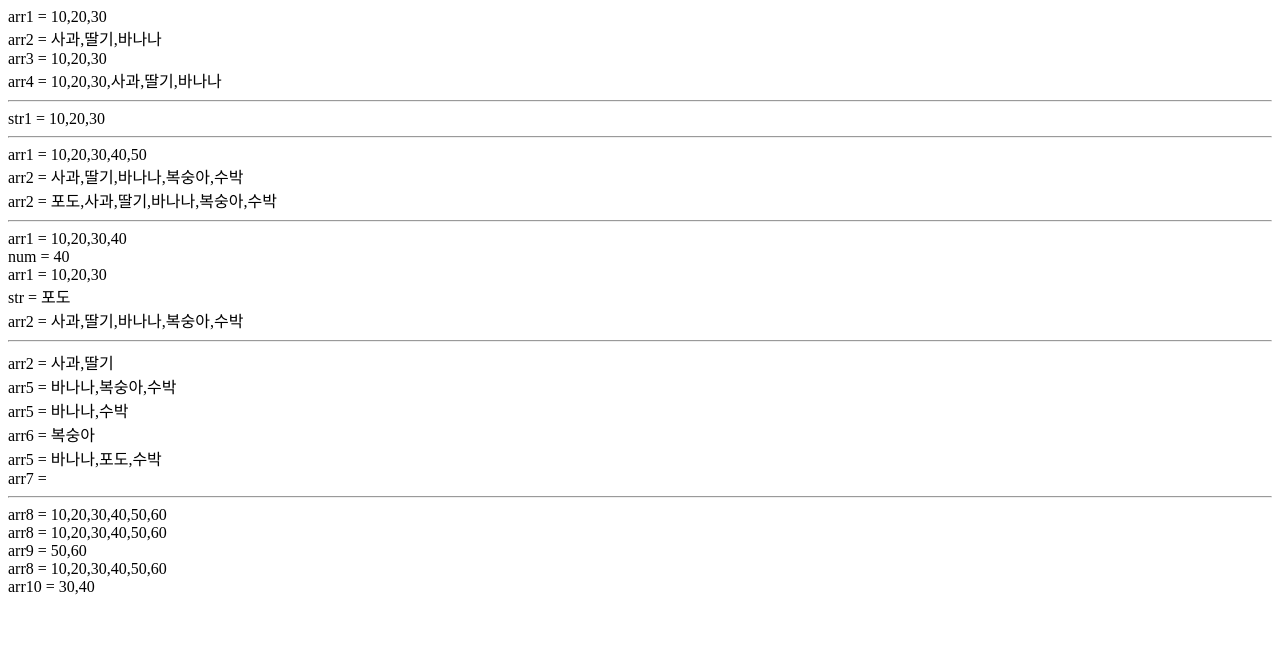
Repository: codelily98/Web
Page: JavaScript/src/main/webapp/js/exam21-1.html
These files come from the project's save history. The page is drawn as it stood at one moment and after the next save; the edit follows.
The browser window is 1280 px wide. The pictures show the whole page.

Above is the page before, as saved 2024-08-21 03:49:33.

### JavaScript/src/main/webapp/js/exam21-1.html
<!DOCTYPE html>
<html>
<head>
<meta charset="UTF-8">
<title>Insert title here</title>
</head>
<body>
<script type="text/javascript">
//concat 배열 합치기, 새로운 배열 생성, 원본 변경x
let arr1 = [10, 20, 30];
let arr2 = ["사과", "딸기", "바나나"];
let arr3 = arr1.concat(); //복사본
let arr4 = arr1.concat(arr2);

document.write("arr1 = " + arr1 + "<br>");
document.write(`arr2 = ${arr2}<br/>`);
document.write(`arr3 = ${arr3}<br/>`);
document.write(`arr4 = ${arr4}<br/>`);
document.write(`<hr/>`);

//join - 배열을 문자열로 만든다
let str1 = arr1.join();
document.write(`str1 = ${str1}<br/>`);
document.write(`<hr/>`);

let str2 = arr1.join("|");


//배열 요소 추가
//push - 뒤에 추가
//unshift - 앞에 추가
arr1.push(40);
arr1.push(50);
document.write(`arr1 = ${arr1} <br/>`);

arr2.push("복숭아", "수박");
document.write(`arr2 = ${arr2} <br/>`);

arr2.unshift("포도");
document.write(`arr2 = ${arr2} <br/>`);
document.write(`<hr/>`);

//배열 요소 삭제(꺼내기)
//pop - 뒤에 삭제(꺼내기)
//shift - 앞에 삭제(꺼내기)
arr1.pop(); //배열 요소 삭제(꺼내기)
document.write(`arr1 = ${arr1} <br/>`);

let num = arr1.pop(); //배열 요소를 삭제(꺼내기) num에 저장
document.write(`num = ${num} <br/>`);
document.write(`arr1 = ${arr1} <br/>`);

let str = arr2.shift(); // 배열 요소를 앞에서 삭제(꺼내기) str에 저장
document.write(`str = ${str} <br/>`);
document.write(`arr2 = ${arr2} <br/>`);
document.write(`<hr/>`);

//splice() - 배열 요소 추가/삭제(꺼내기)
//		   - 원본 변경
let arr5 = arr2.splice(2); //splice(인덱스)
document.write(`arr2 = ${arr2} <br/>`);
document.write(`arr5 = ${arr5} <br/>`);

let arr6 = arr5.splice(1, 1); //splice(인데스, 개수)
document.write(`arr5 = ${arr5} <br/>`);
document.write(`arr6 = ${arr6} <br/>`);

let arr7 = arr5.splice(1, 0, "포도"); //splice(인데스, 개수, "추가 항목")
document.write(`arr5 = ${arr5} <br/>`);
document.write(`arr7 = ${arr7} <br/>`);
document.write(`<hr/>`);

//slice() - 배열 요소 꺼내기
//        - 원본 변경X
let arr8 = arr1.concat(40, 50, 60);
document.write(`arr8 = ${arr8} <br/>`);

let arr9 = arr8.slice(4); //slice(인덱스)
document.write(`arr8 = ${arr8} <br/>`);
document.write(`arr9 = ${arr9} <br/>`);

let arr10 = arr8.slice(2, 4); //slice(인덱스, 인덱스) - 인덱스부터 (인덱스-1)까지
document.write(`arr8 = ${arr8} <br/>`);
document.write(`arr10 = ${arr10} <br/>`);
</script>
</body>
</html>

After the next save:
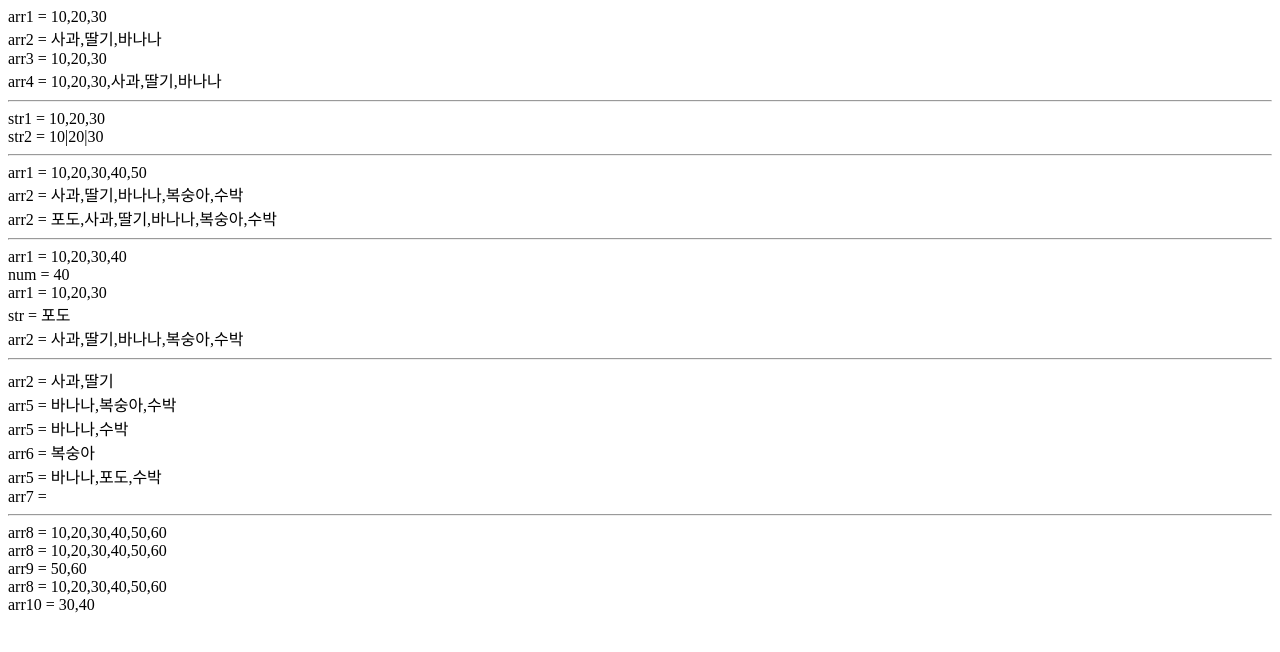
Saved 15 s later.
--- a/JavaScript/src/main/webapp/js/exam21-1.html
+++ b/JavaScript/src/main/webapp/js/exam21-1.html
@@ -21,10 +21,10 @@ document.write(`<hr/>`);
 //join - 배열을 문자열로 만든다
 let str1 = arr1.join();
 document.write(`str1 = ${str1}<br/>`);
-document.write(`<hr/>`);
 
 let str2 = arr1.join("|");
-
+document.write(`str2 = ${str2}<br/>`);
+document.write(`<hr/>`);
 
 //배열 요소 추가
 //push - 뒤에 추가
